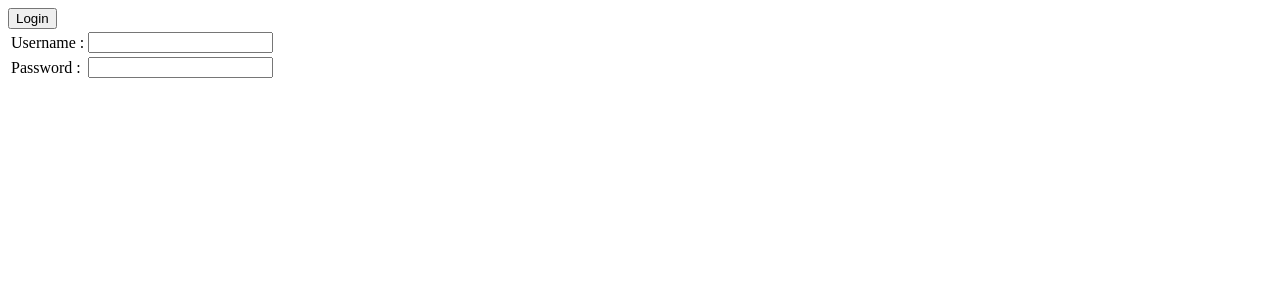
Repository: ngttuyen/JavaWeb
Page: http://localhost/Workshop4/login.jsp
The author's editor kept a copy of each file at every save. The page is drawn from the files as they stood at one save, then again after the next save.
The browser window is 1280 px wide. The pictures show the whole page.
The page is served by Tomcat 9.

Above is the page before, as saved 2019-05-29 10:36:30.

After the next save:
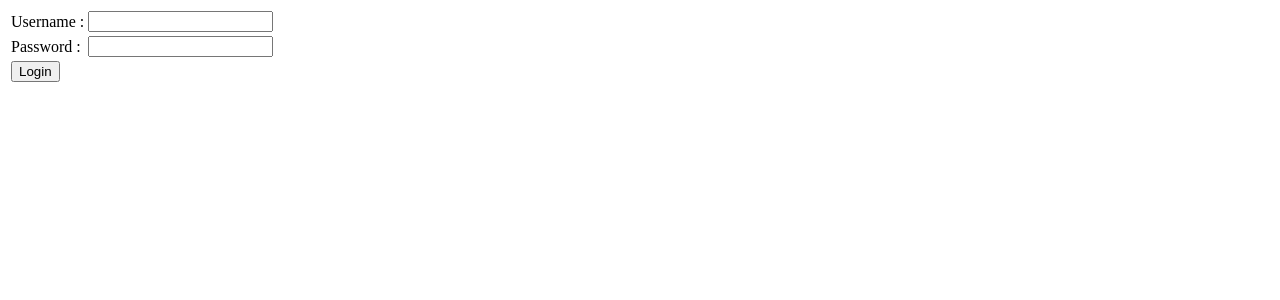
Saved 15 s later.
--- a/Workshop4/WebContent/login.jsp
+++ b/Workshop4/WebContent/login.jsp
@@ -18,7 +18,7 @@
 				<td><input type="password" name="password"></td>
 			</tr>
 			<tr>
-				<input type="submit" value="Login">
+				<td><input type="submit" value="Login"></td>
 			</tr>
 		</table>
 	</form>
